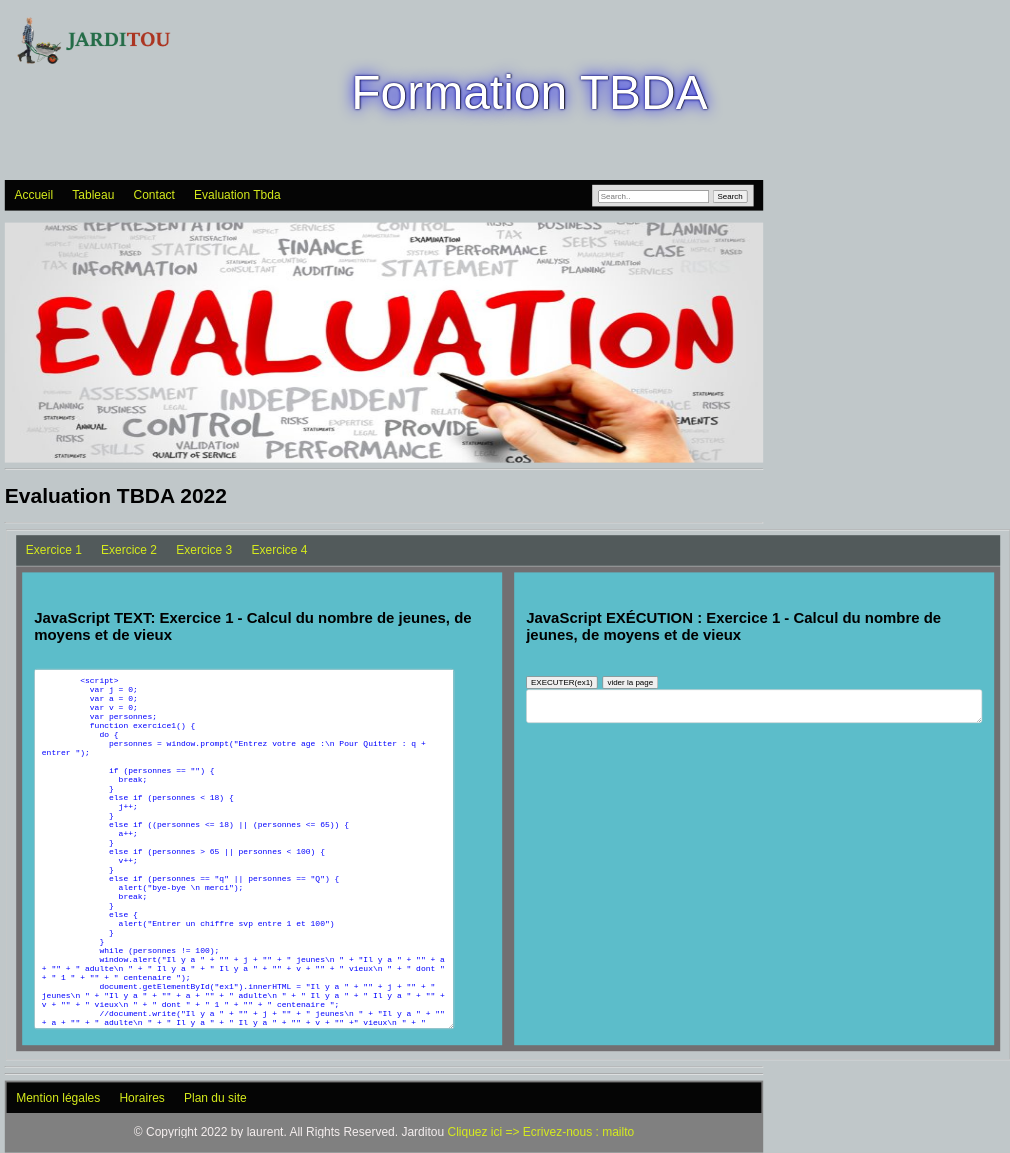
Repository: laurentbul/jarditou
Page: javascript/EvaluationTbda/eval_ex1.html
These files come from the project's save history. The page is drawn as it stood at one moment and after the next save; the edit follows.
The browser window is 1280 px wide. The page is 1684 px wide, so the pictures cover 1684 px, including what lies to the right of the window. The pictures show the whole page, at 60% of full size.
An inner scrolling area shows only its first screen.

Above is the page before, as saved 2022-12-15 04:38:50.

### javascript/EvaluationTbda/eval_ex1.html
<!DOCTYPE html>
<html lang="fr">

<head>
  <meta charset="UTF-8">
  <meta http-equiv="X-UA-Compatible" content="IE=edge">
  <meta name="viewport" content="width=device-width, initial-scale=1.0">
  <title>cours exercices HTML</title>
  <link rel="stylesheet" href="../assets/css/style.css" />

  <style>
    .flex-container2 {
      display: flex;
      background-color: rgb(114, 111, 113);
      justify-content: center;
    }

    .flex-container2>div {
      background-color: #5cbdca;
      margin: 10px;
      padding: 20px;
      font-size: 30px;
      width: 800px;
    }
  </style>
</head>

<body>
  <div class="flex-container">
    <div class="logo"><img src="../assets/img/jarditou_logo.png" alt="jarditou logo" title="jarditou logo"
        height="80" />
    </div>
    <div>
      <p class="slogan">Formation TBDA </p>
    </div>
  </div>
  <nav>
    <ul>
      <li><a href="../index.html">Accueil</a></li>
      <li><a href="../table.html">Tableau</a></li>
      <li><a href="../contact.html">Contact</a></li>
      <li><a href="../EvaluationTbda/evaluation_tbda.html">Evaluation Tbda</a></li>
      <li class="search-container">
        <div>
          <form action="/action_page.php">
            <input type="text" class="searchinput" placeholder="Search.." name="search" />
            <button type="submit">Search</button>
          </form>
        </div>
      </li>
    </ul>
  </nav>

  <img src="../assets/img/evaluation2.jpg" width="500" height="400" alt="qu'est ce que html" class="imgpromotion"
    title="promotion jarditou" />
  <hr />
  <h1>Evaluation TBDA 2022</h1>
  <hr>
  <fieldset>
    <nav style="padding:1px 0; font-size:20px;">
      <ul style="background-color: #525a5b;">
        <li><a href="eval_ex1.html">Exercice 1 </a></li>
        <li><a href="eval_ex2.html">Exercice 2 </a></li>
        <li><a href="eval_ex3.html">Exercice 3</a></li>
        <li><a href="eval_ex4.html">Exercice 4</a></li>
        </li>
      </ul>
    </nav>
    <div class="flex-container2">
      <div id="code">
        <h5>JavaScript TEXT: Exercice 1 - Calcul du nombre de jeunes, de moyens et de vieux</h5>
        <textarea style="height: 600px;width: 700px; color: blue;">
        <script>
          var j = 0;
          var a = 0;
          var v = 0;
          var personnes;
          function exercice1() {
            do {
              personnes = window.prompt("Entrez votre age :\n Pour Quitter : q + entrer ");

              if (personnes == "") {
                break;
              }
              else if (personnes < 18) {
                j++;
              }
              else if ((personnes <= 18) || (personnes <= 65)) {
                a++;
              }
              else if (personnes > 65 || personnes < 100) {
                v++;
              }
              else if (personnes == "q" || personnes == "Q") {
                alert("bye-bye \n merci");
                break;
              }
              else {
                alert("Entrer un chiffre svp entre 1 et 100")
              }
            }
            while (personnes != 100);
            window.alert("Il y a " + "" + j + "" + " jeunes\n " + "Il y a " + "" + a + "" + " adulte\n " + " Il y a " + " Il y a " + "" + v + "" + " vieux\n " + " dont " + " 1 " + "" + " centenaire ");
            document.getElementById("ex1").innerHTML = "Il y a " + "" + j + "" + " jeunes\n " + "Il y a " + "" + a + "" + " adulte\n " + " Il y a " + " Il y a " + "" + v + "" + " vieux\n " + " dont " + " 1 " + "" + " centenaire ";
            //document.write("Il y a " + "" + j + "" + " jeunes\n " + "Il y a " + "" + a + "" + " adulte\n " + " Il y a " + " Il y a " + "" + v + "" +" vieux\n " + " dont "+ " 1 " + "" + " centenaire ");
          }
          function myFunction() {
            location.reload();
          }
          function reset() {
            document.getElementById("myForm").reset();
          }
        </script>
    </textarea>
      </div>
      <div>
        <h5>JavaScript EXÉCUTION : Exercice 1 - Calcul du nombre de jeunes, de moyens et de vieux</h5>
        <div><input type="button" onclick="exercice1()" value="EXECUTER(ex1)">
          <input type="button" onclick="myFunction()" value="vider la page">
        </div>
        <textarea id="ex1"></textarea>
      </div>
  </fieldset>
  </div>
  <hr>
  <script>
    var j = 0;
    var a = 0;
    var v = 0;
    var personnes;
    function exercice1() {
      do {
        personnes = window.prompt("Entrez votre age :\n Pour Quitter : q + entrer ");

        if (personnes == "") {
          break;
        }
        else if (personnes < 18) {
          j++;
        }
        else if ((personnes <= 18) || (personnes <= 65)) {
          a++;
        }
        else if (personnes > 65 || personnes < 100) {
          v++;
        }
        else if (personnes == "q" || personnes == "Q") {
          alert("bye-bye \n merci");
          break;
        }
        else {
          alert("Entrer un chiffre svp entre 1 et 100")
        }
      }
      while (personnes != 100);
      window.alert("Il y a " + "" + j + "" + " jeunes\n " + "Il y a " + "" + a + "" + " adulte\n " + " Il y a " + " Il y a " + "" + v + "" + " vieux\n " + " dont " + " 1 " + "" + " centenaire ");
      document.getElementById("ex1").innerHTML = "Il y a " + "" + j + "" + " jeunes\n " + "Il y a " + "" + a + "" + " adulte\n " + " Il y a " + " Il y a " + "" + v + "" + " vieux\n " + " dont " + " 1 " + "" + " centenaire ";
      //document.write("Il y a " + "" + j + "" + " jeunes\n " + "Il y a " + "" + a + "" + " adulte\n " + " Il y a " + " Il y a " + "" + v + "" +" vieux\n " + " dont "+ " 1 " + "" + " centenaire ");
    }
    function myFunction() {
      location.reload();
    }
    function reset() {
      document.getElementById("myForm").reset();
    }
  </script>
  <hr>
  <footer>
    <nav>
      <ul>
        <li><a href="mentionlegale.html">Mention légales</a></li>
        <li><a href="horaire.html">Horaires</a></li>
        <li><a href="plandusite.html">Plan du site</a></li>
      </ul>
    </nav>
    <p style="color: rgb(244, 238, 238);">
      &copy; Copyright 2022 by laurent. All Rights Reserved. Jarditou
      <a href="mailto:dave.loper@afpa.fr" title="Nous contacter">
        Cliquez ici => Ecrivez-nous : mailto
      </a>
    </p>
  </footer>
</body>

</html>

### javascript/assets/css/style.css
body {
  font-family: Arial, Helvetica, sans-serif;
  padding: 0px;
  background-color: rgb(192, 199, 201);
  font-size: 20px;
  height: 1500px;
}
h1{font-size: 35px;
}
h2{font-size: 20px;
}
.flex-container {
  display: flex;
}

.flex-container>div {
  padding: 20px;
}

.jarditou_logo {
  height: 80px;
}

.slogan {
  color: white;
  text-shadow: 1px 1px 2px black, 0 0 25px blue, 0 0 5px darkblue;
  font-size: 40px;
  margin-left: 250px;
  font-size: 80px;
}

ul {
  list-style-type: none;
  margin: 0;
  padding: 0;
  overflow: hidden;
  background-color: rgb(5, 5, 5);
}

li {
  float: left;
}

li a {
  display: block;
  color: white;
  text-align: center;
  padding: 14px 16px;
  text-decoration: none;
}

li a:hover:not(.active) {
  background-color: rgb(240, 10, 10);
}

.active {
  background-color: #4caf50;
}

a:link {
  color: rgb(214, 235, 28);
  background-color: transparent;
  text-decoration: none;
}

ul.a {

  background-color: rgb(179, 167, 167);

  color:rgb(42, 226, 211);

}


aside {
  width: 30%;
  height: 25%px;
  padding-left: 15px;
  float: right;
  font-style: italic;
  background-color: lightgray;
  margin-right: 60px;
  /*display:none */ /*===========correction =======================*/
}



.imgpromotion {
  display: block;
  margin-top: 20px;
  margin-left: auto;
  margin-right: auto;
  width: 100%;
}


footer {
  text-align: center;
  padding: 3px;
  background-color: gray;
  color: white;
}


.search-container {
  float: right;
  padding: 6px 10px;
  margin-top: 8px;
  margin-right: 16px;
  background: #ddd;
  font-size: 20px;
  border: none;
  cursor: pointer;
}


* {
  box-sizing: border-box;
}

input[type=text]:not(.searchinput),
select,
textarea {
  width: 100%;
  padding: 12px;
  border: 1px solid #ccc;
  border-radius: 4px;
  resize: vertical;
}



input[type=submit] {
  display: block;
  margin: 0px;
  width: 100%;
  padding: 12px;
  background-color: rgb(211, 211, 212);
}


input[type=submit]:hover {
  background-color: #d6c82f;
}

.container {
  border-radius: 5px;
  background-color: #af1818;
  padding: 20px;
}

#pays {
  font-size: 20px;
}

#birthday {
  font-size: 20px;
}

table {
  margin-bottom: 50px;
  margin-left: 100px;
}


th,
td {
  border: 1px solid black;
  border-collapse: collapse;
  margin-left: 100px;
  margin-bottom: 10px;
  background-color: #3f3324;
}

th {
  background-color: gray;
}

tr {
  color: azure;
}

table {
  width: 50%;
}

.btncontact {
  height: 45px;
  width: 200px;
  background-color: hsl(127, 4%, 46%);
  font-size: 20px;
  margin-left: 100px;
}

.btncontact:hover {
  background-color: #6ab0d8;
  color: white;
}

/* Responsive layout - when the screen is less than 768px wide, make the two columns stack on top of each other instead of next to each other */
@media screen and (max-width: 768px) {

  body {

    background-color: lavender;
    font-size: 14px;
  }


  .flex-container {
    display: flex;
  }

  .flex-container>div {
    padding: 0px;

  }

  .jarditou_logo {
    height: 80px;
  }

  .slogan {
    color: white;
    text-shadow: 1px 1px 2px black, 0 0 25px blue, 0 0 5px darkblue;
    margin-left: 0px;
    font-size: 40px;
  }

  ul {
    list-style-type: none;
    background-color: #367791;
    width: 768px;
  }

  li {
    background-color: rgb(10, 10, 10);
    display: flex;
    justify-content: center;
    width: 768px;
  }

  li a:hover:not(.active) {
    background-color: rgb(240, 10, 10);
  }

  aside{
    visibility: hidden;
}


}

.error{
  color: rgb(197, 22, 22);
}

After the next save:
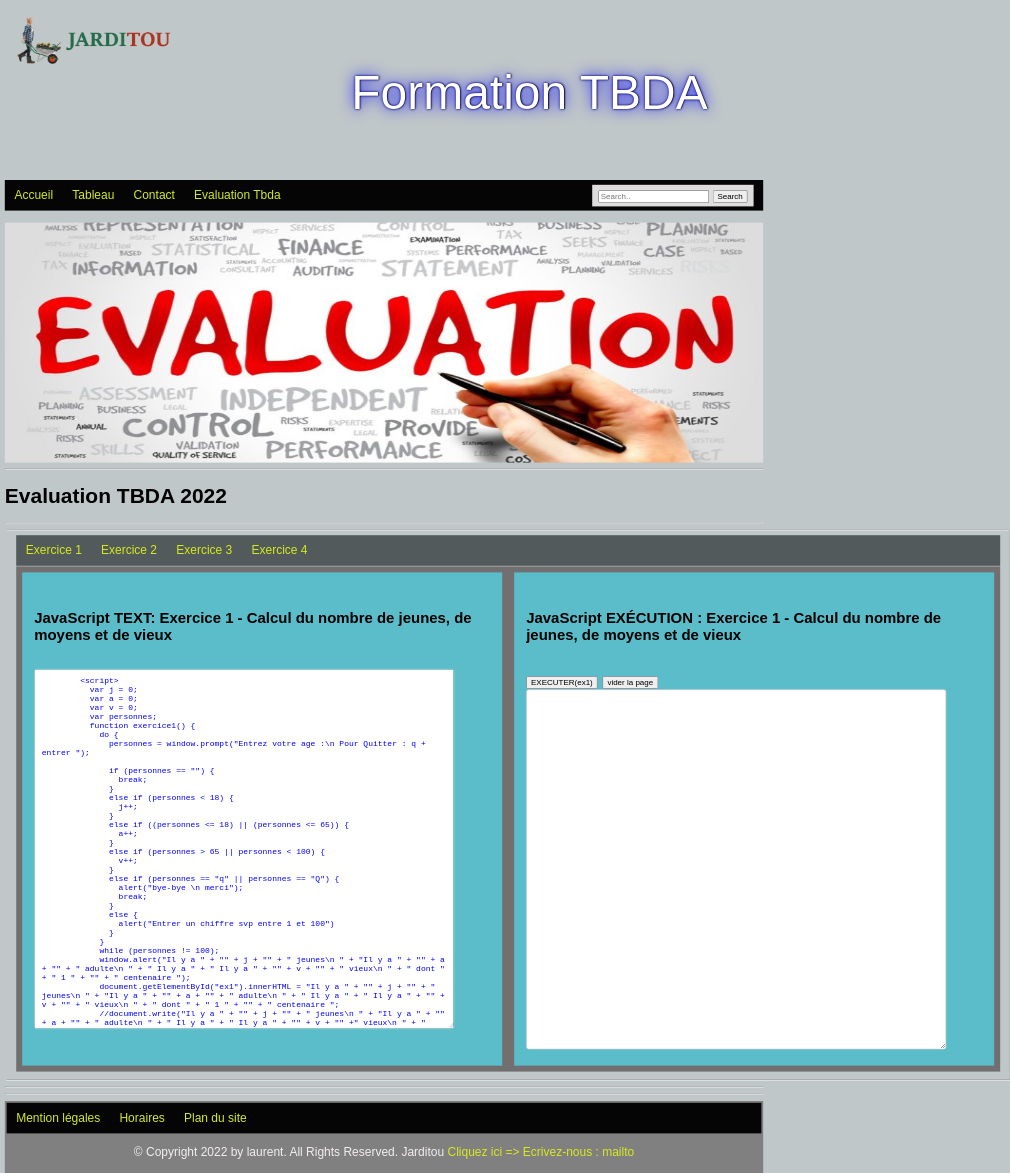
Saved 95 s later.
--- a/javascript/EvaluationTbda/eval_ex1.html
+++ b/javascript/EvaluationTbda/eval_ex1.html
@@ -118,7 +118,7 @@
         <div><input type="button" onclick="exercice1()" value="EXECUTER(ex1)">
           <input type="button" onclick="myFunction()" value="vider la page">
         </div>
-        <textarea id="ex1"></textarea>
+        <textarea style="height: 600px;width: 700px; color: blue;"></textarea>
       </div>
   </fieldset>
   </div>
